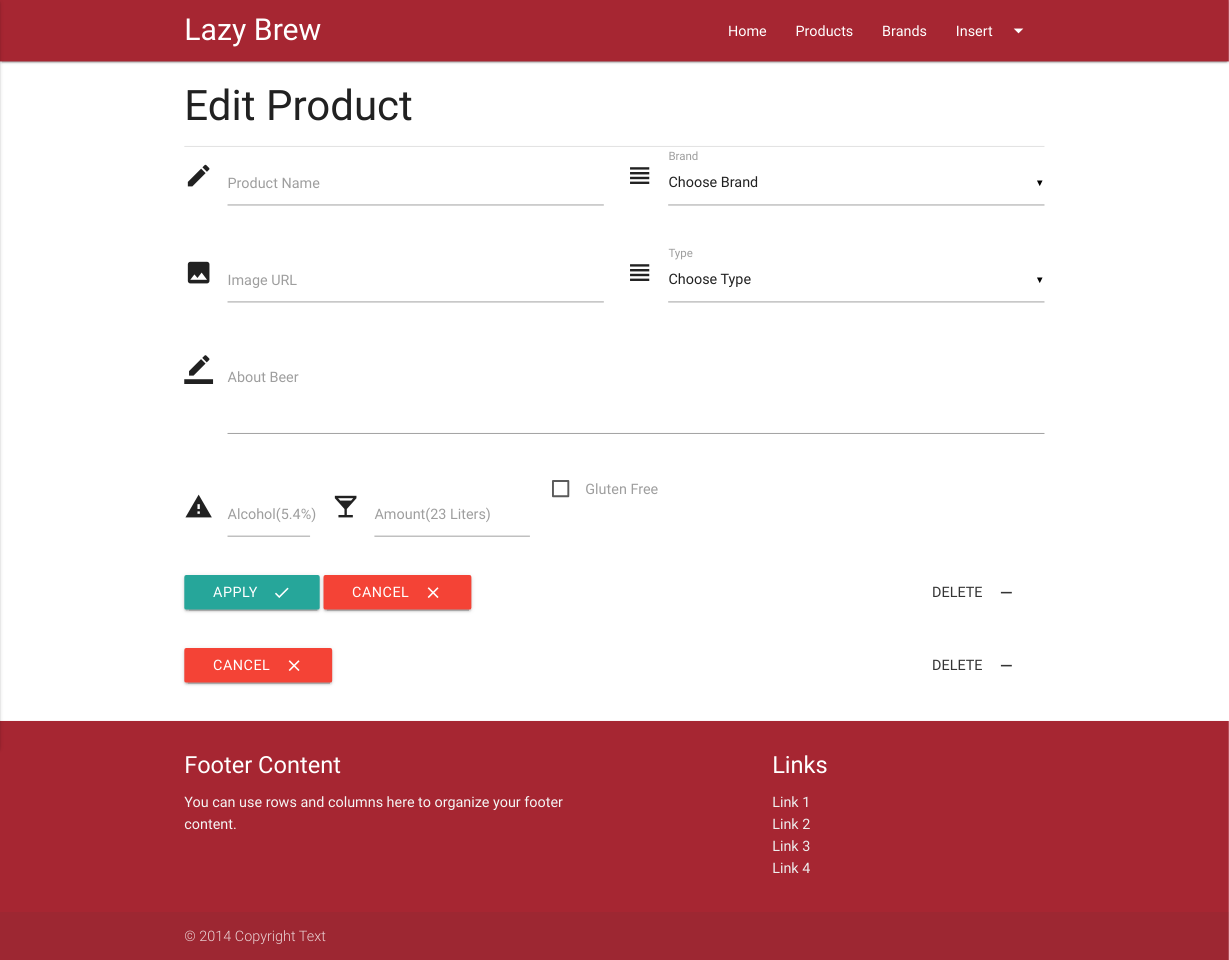
Repository: Leon2ev/lazy-brew
Page: templates/editproduct.html
The author's editor kept a record of every edit. The page is drawn from the files as they stood at one moment, then again after the next edit.
The browser window is 1280 px wide. The pictures show the whole page, at 96% of full size.
Some web libraries are served in a nearby version. The page is served by the project's application, run on Flask 3 (app.py). The template is opened directly, without the code that normally fills it, so the values that code supplies are empty.

Above is the page before.

### templates/editproduct.html
{% extends 'base.html' %}
{% block content %}
    <div class="container">
        <h3>Edit Product</h3>
        <div class="divider"></div>
        <form action="{{url_for('update_product', product_id=product._id)}}" method="POST" class="edit_product col s12">
            <div class="row">
                <div class="input-field col s12 l6">
                    <i class="material-icons prefix">create</i>
                    <input id="name" name="name" type="text" class="validate" value="{{product.name}}">
                    <label for="icon_prefix">Product Name</label>
                </div>
                <div class="input-field col s12 l6">
                    <i class="material-icons prefix">view_headline</i>
                    <select id="brand_id" name="brand_id">
                        <option value="" disabled selected>Choose Brand</option>
                        {% for brand in brands %}
                            {% if brand._id == product.brand_id %}
                                <option value={{brand._id}} selected >{{brand.name}}</option>
                            {% else %}
                                <option value="{{brand._id}}">{{brand.name}}</option>
                            {% endif %}
                        {% endfor %}
                    </select>
                    <label>Brand</label>
                </div>
            </div>
            <div class="row">
                <div class="input-field col s12 l6">
                    <i class="material-icons prefix">insert_photo</i>
                    <input id="image_url" name="image_url" type="text" class="validate" value="{{product.image_url}}">
                    <label for="icon_prefix">Image URL</label>
                </div>
                <div class="input-field col s12 l6">
                    <i class="material-icons prefix">view_headline</i>
                    <select id="type_id" name="type_id">
                        <option value="" disabled selected>Choose Type</option>
                        {% for type in types %}
                            {% if type._id == product.type_id %}
                                <option value="{{type._id}}" selected >{{type.name}}</option>
                            {% else %}
                                <option value="{{type._id}}">{{type.name}}</option>
                            {% endif %}
                        {% endfor %}
                    </select>
                    <label>Type</label>
                </div>
            </div>
            <div class="row">
                <div class="input-field col s12">
                    <i class="material-icons prefix">border_color</i>
                    <textarea id="textarea1" name="about" class="materialize-textarea">{{product.about}}</textarea>
                    <label for="icon_prefix">About Beer</label>
                </div>
            </div>
            <div class="row">
                <div class="input-field col s12 l2">
                    <i class="material-icons prefix">warning</i>
                    <input id="abv" name="abv" type="text" class="validate" value="{{product.abv}}">
                    <label for="icon_prefix">Alcohol(5.4%)</label>
                </div>
                <div class="input-field col s12 l3">
                    <i class="material-icons prefix">local_bar</i>
                    <input id="amount" name="amount" type="text" class="validate" value="{{product.amount}}">
                    <label for="icon_prefix">Amount(23 Liters)</label>
                </div>
                <div class="checkbox col s12 l2">
                    {% if product.gluten %}
                        <input type="checkbox" id="gluten" name="gluten" checked />
                    {% else %}
                        <input type="checkbox" id="gluten" name="gluten" />
                    {% endif %}
                    <label for="gluten">Gluten Free</label>
                </div>
            </div>
            <div class="row">
                <div class="col s12">
                    <button class="btn waves-effect waves-light" type="submit">Apply
                        <i class="material-icons right">check</i>
                    </button>
                    <a class="waves-effect waves-light btn modal-trigger red" href="#modal1">Cancel
                        <i class="material-icons right">clear</i>
                    </a>
                    <a class="waves-effect waves-light btn-flat right modal-trigger delete-btn" href="#modal2">Delete
                        <i class="material-icons right">remove</i>
                    </a>
                </div>
            </div>
        </form>
        <div class="row">
            <div class="col s12">
                <a class="waves-effect waves-light btn modal-trigger red" href="#modal1">Cancel
                    <i class="material-icons right">clear</i>
                </a>
                <a class="waves-effect waves-light btn-flat right modal-trigger delete-btn" href="#modal2">Delete
                    <i class="material-icons right">remove</i>
                </a>
            </div>
            <div id="modal1" class="modal">
                <div class="modal-content">
                    <h4>Are you agree to cancel?</h4>
                    <p>All changes will be lost and you will go back to description page.</p>
                </div>
                <div class="modal-footer">
                    <a href="#!" class="modal-action modal-close waves-effect waves-green btn-flat">Go Back</a>
                    <a href="{{url_for('get_description', product_id=product._id)}}" class="modal-action modal-close waves-effect waves-green btn-flat">Agree</a>
                </div>
            </div>
            <div id="modal2" class="modal">
                <div class="modal-content">
                    <h4>Are you agree to delete {{product.name}}?</h4>
                    <p>All data will be lost.</p>
                </div>
                <div class="modal-footer">
                    <a href="#!" class="modal-action modal-close waves-effect waves-green btn-flat">Go Back</a>
                    <a href="{{url_for('delete_product', product_id=product._id)}}" class="modal-action modal-close waves-effect waves-green btn-flat">Agree</a>
                </div>
            </div>
        </div>
    </div>
{% endblock %}

### templates/base.html
<!DOCTYPE html>
<html lang="en">
    <head>
        <meta charset="UTF-8">
        <meta name="viewport" content="width=device-width, initial-scale=1.0">
        <meta http-equiv="X-UA-Compatible" content="ie=edge">

        <title>Document</title>

        <link href="https://fonts.googleapis.com/icon?family=Material+Icons" rel="stylesheet">
        <link rel="stylesheet" href="https://cdnjs.cloudflare.com/ajax/libs/materialize/0.100.2/css/materialize.min.css">
        <link rel="stylesheet" href="{{url_for('static', filename='css/style.css')}}" type="text/css">
    </head>
    <body>
        <header>
            <nav class="navbar">
                <div class="container nav-wrapper">
                    <a href="{{url_for('home_page')}}" class="brand-logo">Lazy Brew</a>
                    <a href="#" data-activates="mobile-demo" class="button-collapse"><i class="material-icons">menu</i></a>
                    <ul class="right hide-on-med-and-down">
                        <li><a href="{{url_for('home_page')}}">Home</a></li>
                        <li><a href="{{url_for('get_products')}}">Products</a></li>
                        <li><a href="{{url_for('get_brands')}}">Brands</a></li>
                        <!-- Dropdown Trigger -->
                        <li><a class="dropdown-button" href="#!" data-activates="dropdown1">Insert<i class="material-icons right">arrow_drop_down</i></a></li>
                    </ul>
                    <!-- Dropdown Structure -->
                    <ul id="dropdown1" class="dropdown-content">
                        <li><a href="{{url_for('add_product')}}">Add Product</a></li>
                        <li class="divider"></li>
                        <li><a href="{{url_for('add_brand')}}">Add Brand</a></li>
                    </ul>
                    <ul class="side-nav" id="mobile-demo">
                        <li><a href="{{url_for('home_page')}}">Home</a></li>
                        <li><a href="{{url_for('get_products')}}">Products</a></li>
                        <li><a href="{{url_for('get_brands')}}">Brands</a></li>
                        <!-- Mobile Dropdown Trigger -->
                        <li><a class="dropdown-button" href="#!" data-activates="dropdown2">Insert<i class="material-icons right">arrow_drop_down</i></a></li>

                    </ul>
                    <!-- Dropdown Structure -->
                    <ul id="dropdown2" class="dropdown-content">
                        <li><a href="{{url_for('add_product')}}">Add Product</a></li>
                        <li class="divider"></li>
                        <li><a href="{{url_for('add_brand')}}">Add Brand</a></li>
                    </ul>
                </div>
            </nav>
        </header>
        {% block content %}{% endblock %}
        <footer class="page-footer">
            <div class="container">
                <div class="row">
                    <div class="col l6 s12">
                        <h5 class="white-text">Footer Content</h5>
                        <p class="grey-text text-lighten-4">You can use rows and columns here to organize your footer content.</p>
                    </div>
                    <div class="col l4 offset-l2 s12">
                        <h5 class="white-text">Links</h5>
                        <ul>
                            <li><a class="grey-text text-lighten-3" href="#!">Link 1</a></li>
                            <li><a class="grey-text text-lighten-3" href="#!">Link 2</a></li>
                            <li><a class="grey-text text-lighten-3" href="#!">Link 3</a></li>
                            <li><a class="grey-text text-lighten-3" href="#!">Link 4</a></li>
                        </ul>
                    </div>
                </div>
            </div>
            <div class="footer-copyright">
                <div class="container">
                    © 2014 Copyright Text
                </div>
            </div>
        </footer>
        <script src="https://cdnjs.cloudflare.com/ajax/libs/jquery/3.2.1/jquery.min.js"></script>
        <script src="https://cdnjs.cloudflare.com/ajax/libs/materialize/0.100.2/js/materialize.min.js"></script>
        <script type="text/javascript">
            $(document).ready(function() {
                $('select').material_select();
                $(".button-collapse").sideNav();
                $(".dropdown-button").dropdown({
                    belowOrigin: true
                    }
                );
                $('.modal').modal();
            });
        </script>
    </body>
</html>

### app.py
import os
from flask import Flask, render_template, redirect, request, url_for
from flask_pymongo import PyMongo
from bson.objectid import ObjectId

app = Flask(__name__)

# Connection to MongoDB

app.config["MONGO_DBNAME"] = 'beer_brewing'
app.config["MONGO_URI"] = os.getenv('MONGO_URI', 'mongodb://localhost')

mongo = PyMongo(app)

# App routes ------------------------------------------------------------

@app.route('/')

# Home page

@app.route('/home_page')
def home_page():
    return render_template("index.html",
    types=mongo.db.types.find())
# Product Routes
# Product selection

@app.route('/get_products')
def get_products():
    return render_template("products.html",
    products=mongo.db.products.find())

# Single product description

@app.route('/get_description/<product_id>')
def get_description(product_id):
    return render_template("description.html",
    brands=mongo.db.brands.find(),
    types=mongo.db.types.find(),
    product=mongo.db.products.find_one({"_id": ObjectId(product_id)}))

# Add product

@app.route('/add_product')
def add_product():
    return render_template("addproduct.html",
    brands=mongo.db.brands.find(),
    types=mongo.db.types.find())

# Proceed inserted data to mongo

@app.route('/insert_product', methods=["POST"])
def insert_product():
    products=mongo.db.products
    brand_id = request.form.get('brand_id')
    type_id = request.form.get('type_id')
    dictionary = {
        'name': request.form.get('name'),
        'brand_id': ObjectId(brand_id),
        'image_url': request.form.get('image_url'),
        'type_id': ObjectId(type_id),
        'about': request.form.get('about'),
        'abv': request.form.get('abv'),
        'amount': request.form.get('amount'),
        'gluten': request.form.get('gluten')
    }

    products.insert_one(dictionary)
    return redirect(url_for('get_products'))

# Edit product

@app.route('/edit_product/<product_id>')
def edit_product(product_id):
    return render_template("editproduct.html",
    product=mongo.db.products.find_one({"_id": ObjectId(product_id)}),
    brands=mongo.db.brands.find(),
    types=mongo.db.types.find())

# Update product

@app.route('/update_product/<product_id>', methods=["POST"])
def update_product(product_id):
    products=mongo.db.products
    brand_id = request.form.get('brand_id')
    type_id = request.form.get('type_id')
    products.update({'_id': ObjectId(product_id)},
    {
        'name': request.form.get('name'),
        'brand_id': ObjectId(brand_id),
        'image_url': request.form.get('image_url'),
        'type_id': ObjectId(type_id),
        'about': request.form.get('about'),
        'abv': request.form.get('abv'),
        'amount': request.form.get('amount'),
        'gluten': request.form.get('gluten')
    })
    return redirect(url_for('get_products'))

# Delete product

@app.route('/delete_product/<product_id>')
def delete_product(product_id):
    mongo.db.products.remove({'_id': ObjectId(product_id)})
    return redirect(url_for('get_products'))

# Brand Routes
# Add Brand

@app.route('/get_brands')
def get_brands():
    return render_template("brands.html",
    brands=mongo.db.brands.find())

@app.route('/add_brand')
def add_brand():
    return render_template("addbrand.html")

# Proceed inserted data to mongo

@app.route('/insert_brand', methods=["POST"])
def insert_brand():
    brands=mongo.db.brands
    brands.insert_one(request.form.to_dict())
    return redirect(url_for('get_brands'))

# Edit brand

@app.route('/edit_brand/<brand_id>')
def edit_brand(brand_id):
    return render_template("editbrand.html",
    brand=mongo.db.brands.find_one({"_id": ObjectId(brand_id)}))

# Update brand

@app.route('/update_brand/<brand_id>', methods=["POST"])
def update_brand(brand_id):
    brands=mongo.db.brands
    brands.update({'_id': ObjectId(brand_id)},
    {
        'name': request.form.get('name'),
        'country': request.form.get('country'),
        'website_URL': request.form.get('website_URL'),
        'instruction_URL': request.form.get('instruction_URL'),
    })
    return redirect(url_for('get_brands'))

# Delete brand

@app.route('/delete_brand/<brand_id>')
def delete_brand(brand_id):
    mongo.db.brands.remove({'_id': ObjectId(brand_id)})
    return redirect(url_for('get_brands'))

if __name__ == "__main__":
    app.run(host=os.environ.get('IP'),
        port=int(os.environ.get('PORT')),
        debug=True)

### static/css/style.css
/*Background image Homepage*/
.bg-img {
    background-image: url(https://i.imgur.com/lFnh2xG.jpg);
    background-repeat: no-repeat;
    background-position: center center;
    background-attachment: fixed;
    background-size: cover;
    background-color: black;
    height: 100%;
    padding-top: 50px;
    padding-bottom: 50px;
}

/*Content home page*/
.bg-content {
    background-color: rgb(0,0,0, 0.5);
    color: white;
    border-radius: 10px;
}

/*Navbar*/
.navbar {
    background-color: #a62632;
}

/*Footer*/
.page-footer {
    background-color: #a62632;
}

/*Button*/
.btn {
    margin-bottom: 20px;
}

/*Cards Products page*/
.card.medium .card-image {
    max-height: 65%;
}

.card.medium .card-content {
    padding: 15px;
}

.card .card-action a:not(.btn):not(.btn-large):not(.btn-large):not(.btn-floating) {
    color: #26a69a;
}

/*Description page*/

.description-container {
    margin-top: 35px;
    margin-bottom: 35px;
}

.description-image {
    width: 100%;
    height: auto;
}

After the next edit:
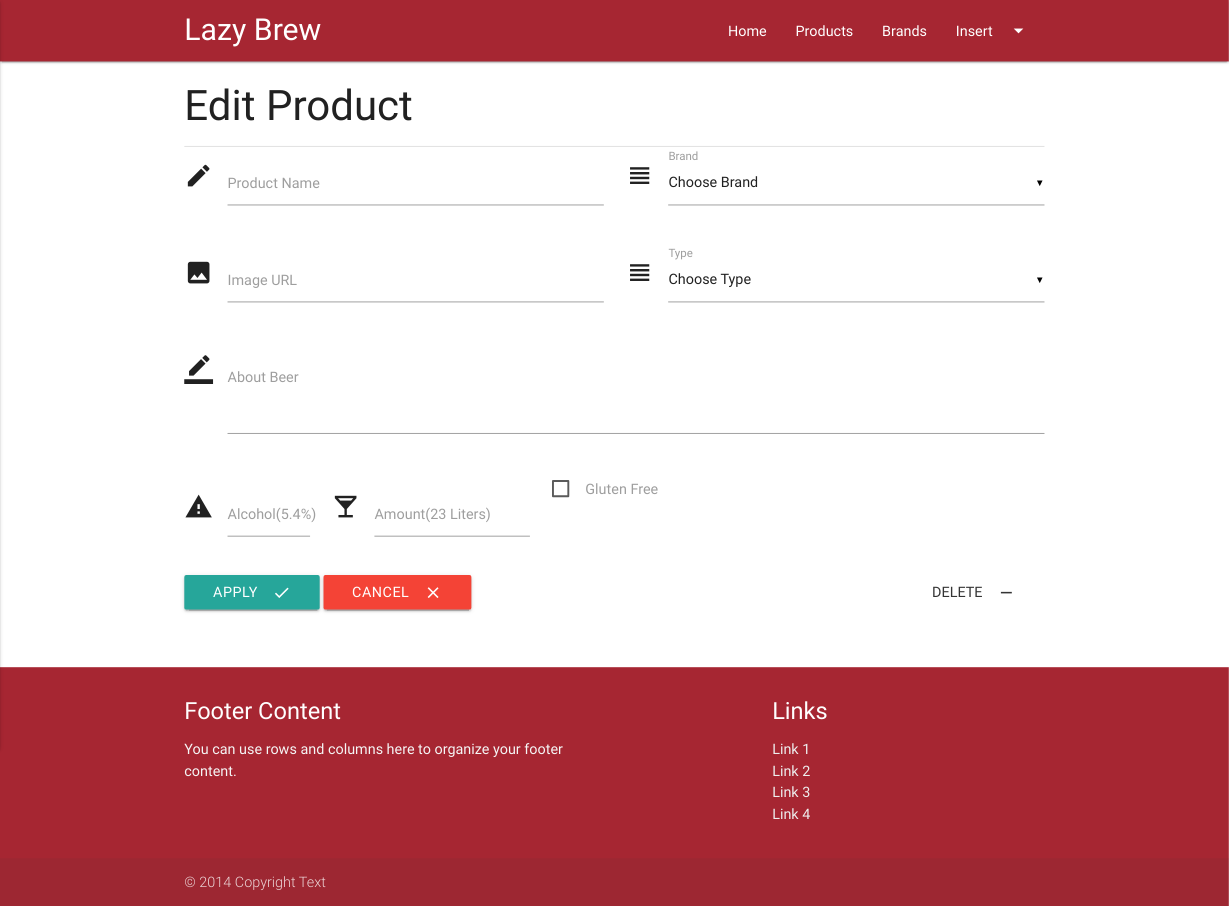
The edit:
--- a/templates/editproduct.html
+++ b/templates/editproduct.html
@@ -88,14 +88,6 @@
             </div>
         </form>
         <div class="row">
-            <div class="col s12">
-                <a class="waves-effect waves-light btn modal-trigger red" href="#modal1">Cancel
-                    <i class="material-icons right">clear</i>
-                </a>
-                <a class="waves-effect waves-light btn-flat right modal-trigger delete-btn" href="#modal2">Delete
-                    <i class="material-icons right">remove</i>
-                </a>
-            </div>
             <div id="modal1" class="modal">
                 <div class="modal-content">
                     <h4>Are you agree to cancel?</h4>
